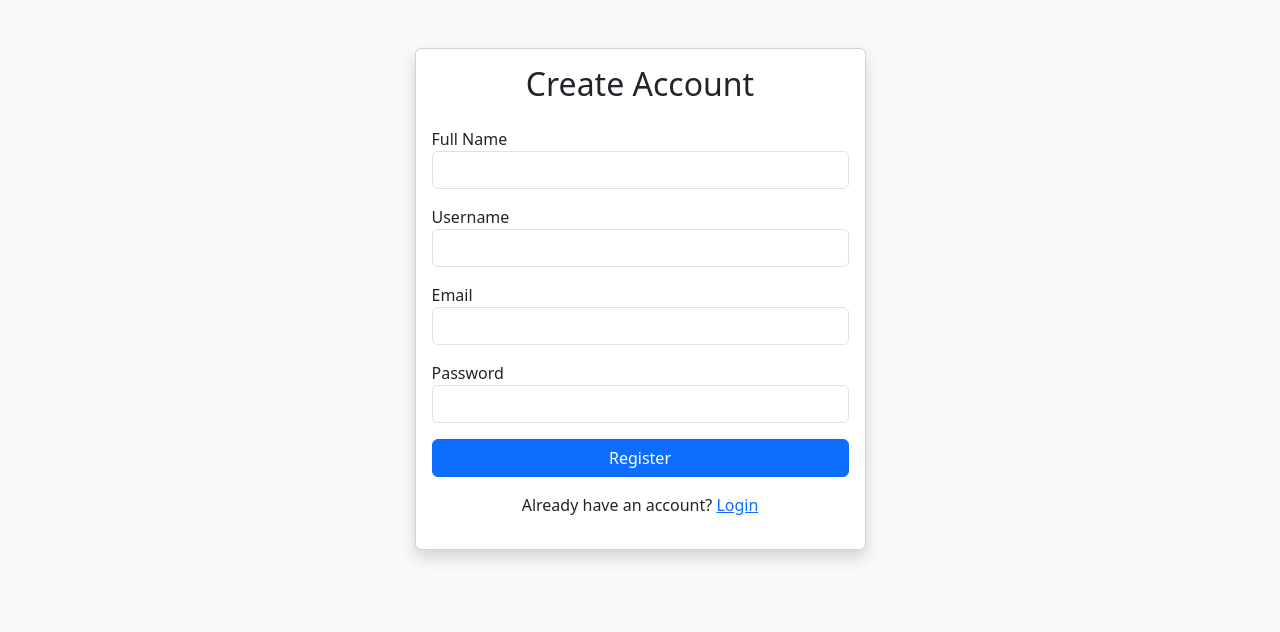
Repository: HRANIK841823/Property_Rental_Lab
Page: http://localhost/register.php
These files come from the project's save history. The page is drawn as it stood at one moment and after the next save; the edit follows.
The browser window is 1280 px wide. The pictures show the whole page.
The page is run by PHP 8.4 with error messages shown; the project is at /var/www/html/.

Above is the page before, as saved 2026-06-22 22:30:04.

After the next save:
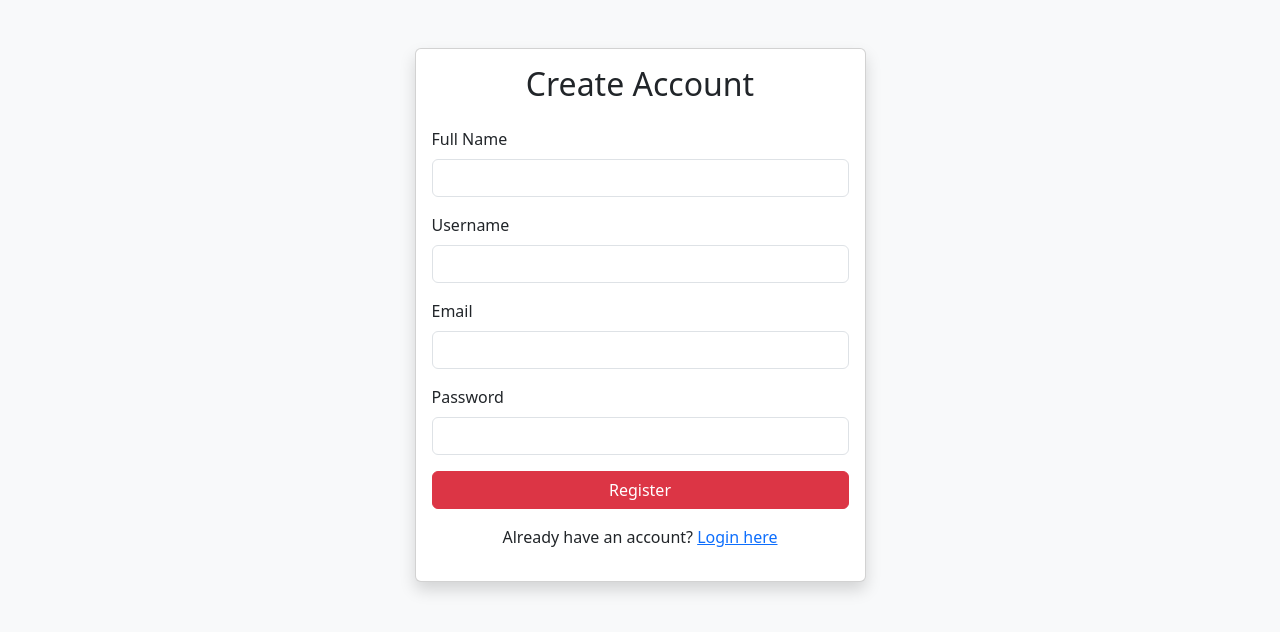
Saved 20 min 21 s later.
--- a/register.php
+++ b/register.php
@@ -2,6 +2,7 @@
 include "db.php";
 
 $message = "";
+$error_detail = "";
 
 if ($_SERVER["REQUEST_METHOD"] == "POST") {
     $fullname = trim($_POST["fullname"]);
@@ -9,24 +10,31 @@ if ($_SERVER["REQUEST_METHOD"] == "POST") {
     $email = trim($_POST["email"]);
     $password = password_hash($_POST["password"], PASSWORD_DEFAULT);
 
-    // Using a parameterized query here keeps registration secure while you focus labs on the homepage features
+    // Using a parameterized query to isolate target registration mechanisms cleanly
     $stmt = $conn->prepare(
         "INSERT INTO users (fullname, username, email, password) VALUES (?, ?, ?, ?)"
     );
 
-    $stmt->bind_param("ssss", $fullname, $username, $email, $password);
+    if ($stmt) {
+        $stmt->bind_param("ssss", $fullname, $username, $email, $password);
 
-    if ($stmt->execute()) {
-        $message = "Registration successful. You can now log in.";
+        if ($stmt->execute()) {
+            $message = "<div class='alert alert-success'>Registration successful! You can now <a href='login.php'>Login</a>.</div>";
+        } else {
+            // Output explicit MySQL constraints info if insertion drops
+            $error_detail = $stmt->error;
+            $message = "<div class='alert alert-danger'>Registration failed. Error details: " . htmlspecialchars($error_detail) . "</div>";
+        }
+        $stmt->close();
     } else {
-        $message = "Registration failed. Username or email may already exist.";
+        $message = "<div class='alert alert-danger'>Statement preparation failed: " . htmlspecialchars($conn->error) . "</div>";
     }
 }
 ?>
 <!DOCTYPE html>
 <html lang="en">
 <head>
-    <title>Register</title>
+    <title>Register - Lab Environment</title>
     <link href="https://cdn.jsdelivr.net/npm/bootstrap@5.3.3/dist/css/bootstrap.min.css" rel="stylesheet">
 </head>
 <body class="bg-light">
@@ -39,38 +47,34 @@ if ($_SERVER["REQUEST_METHOD"] == "POST") {
 <div class="card-body">
 <h2 class="text-center mb-4">Create Account</h2>
 
-<?php if($message): ?>
-<div class="alert alert-info">
-    <?= $message; ?>
-</div>
-<?php endif; ?>
+<?= $message; ?>
 
 <form method="POST">
 <div class="mb-3">
-<label>Full Name</label>
+<label class="form-label">Full Name</label>
 <input type="text" name="fullname" class="form-control" required>
 </div>
 
 <div class="mb-3">
-<label>Username</label>
+<label class="form-label">Username</label>
 <input type="text" name="username" class="form-control" required>
 </div>
 
 <div class="mb-3">
-<label>Email</label>
+<label class="form-label">Email</label>
 <input type="email" name="email" class="form-control" required>
 </div>
 
 <div class="mb-3">
-<label>Password</label>
+<label class="form-label">Password</label>
 <input type="password" name="password" class="form-control" required>
 </div>
 
-<button class="btn btn-primary w-100">Register</button>
+<button class="btn btn-danger w-100">Register</button>
 </form>
 
 <p class="mt-3 text-center">
-    Already have an account? <a href="login.php">Login</a>
+    Already have an account? <a href="login.php">Login here</a>
 </p>
 
 </div>
